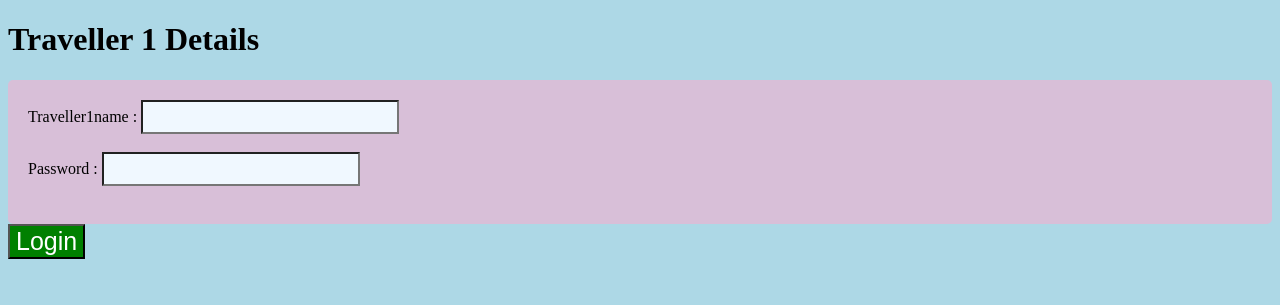
Repository: KanimozhiThandapani/Phase2AirlineBookingProject
Page: http://localhost/AirlineBooking/registrationPage.jsp
These files come from the project's save history. The page is drawn as it stood at one moment and after the next save; the edit follows.
The browser window is 1280 px wide. The pictures show the whole page.
The page is served by Tomcat 9.

Above is the page before, as saved 2022-04-26 07:29:50.

After the next save:
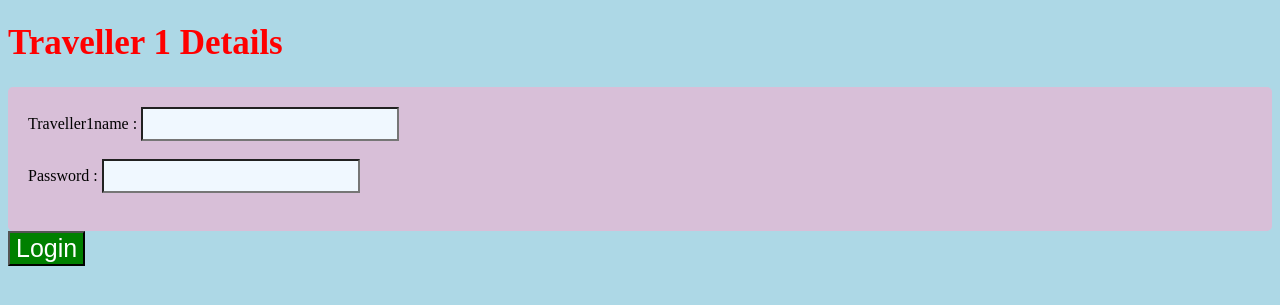
Saved 32 s later.
--- a/AirlineBooking/WebContent/registrationPage.jsp
+++ b/AirlineBooking/WebContent/registrationPage.jsp
@@ -4,7 +4,7 @@
 <meta charset="ISO-8859-1">
 <title>:: Login ::</title>
 <style>
-h {
+h1 {
   font-size: 35px;
   color: red;
   font-family: 'Brush Script MT', cursive;
